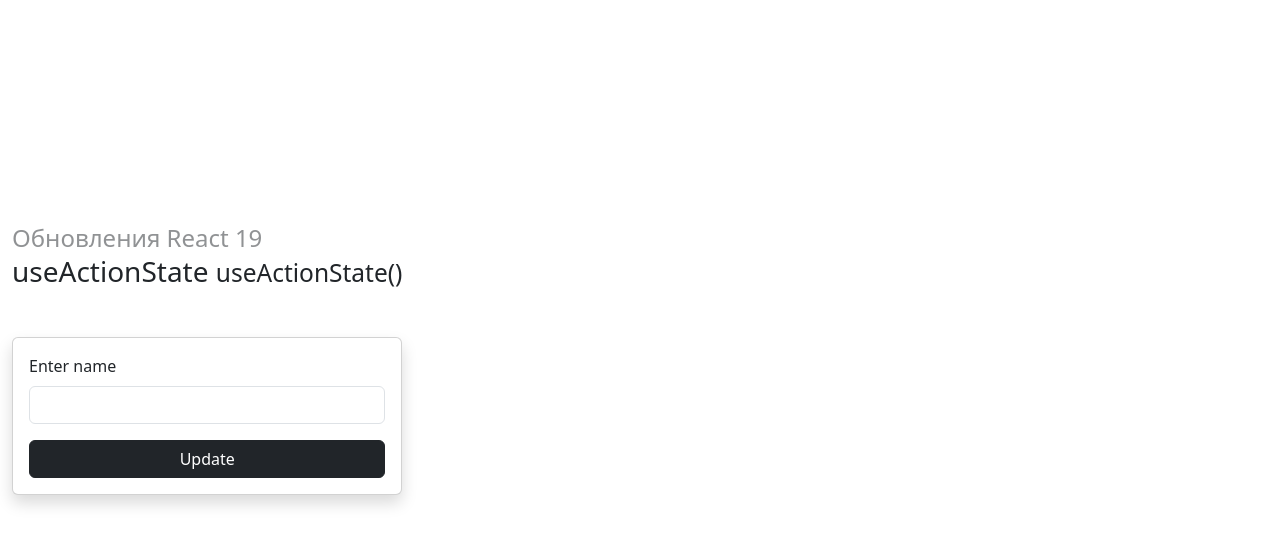
Repository: vitaliygalata1986/react
Page: / (app in project-40-react-19-vite/react-19/)
An editor plug-in stored every save of this project. The page is shown before and after the next save, followed by the edit.
The browser window is 1280 px wide. The pictures show the whole page.
The project was rebuilt for these pictures with package versions that can differ from the ones it lists, and the page was loaded fresh each time. Also part of the build but not shown: project-40-react-19-vite/react-19/vite.config.js.

Above is the page before, as saved 2025-02-05 22:09:37.

### project-40-react-19-vite/react-19/src/App.jsx
import Component from './examples/forms/useActionState()';

function App() {
  return (
    <div className='container'>
      <h1 className='fs-4 mb-1 text-body-tertiary'>Обновления React 19</h1>
      <Component />
    </div>
  );
}

export default App;

### project-40-react-19-vite/react-19/src/examples/forms/useActionState().jsx
import { useState } from 'react';

/*
  useActionState()
	Чтобы упростить общие случаи работы с action функциями, был добавлен новый хук под названием useActionState.
    Как использовать:
     1. Возвращает состояние формы, action функцию, состояние isPending
     2. Принимает функцию для обработки формы, [начальное состояние]
*/

async function updateName() {
  await new Promise((resolve) => {
    setTimeout(() => {
      resolve();
    }, 2000);
  });
  console.log('Name updated!');
}

function App() {
  const [error, setError] = useState(null);

  const [success, setSuccess] = useState(false);


  const handleSubmit = async (formData) => {
    const name = formData.get('name');

    const error = await updateName(name);

    if (error) {
      setError(error);
      return;
    }
    setSuccess(true);
  };

  function showSuccess() {
    return <div className='alert alert-success mb-3'>Form submited!</div>;
  }

  return (
    <>
      <h2 className='fs-3 mb-5'>
        useActionState <small className='fw-lighter'>useActionState()</small>
      </h2>
      <form action={handleSubmit} className='card shadow p-3'>
        {success && showSuccess()}
        <label className='form-label'>Enter name</label>
        <input className='form-control mb-3' name='name' />
        <button className='btn btn-dark'>Update</button>
        {error && <p>{error}</p>}
      </form>
    </>
  );
}

export default App;

Loaded but not shown: project-40-react-19-vite/react-19/index.html (common file); project-40-react-19-vite/react-19/src/main.jsx (common file); project-40-react-19-vite/react-19/src/index.css (common file)

After the next save:
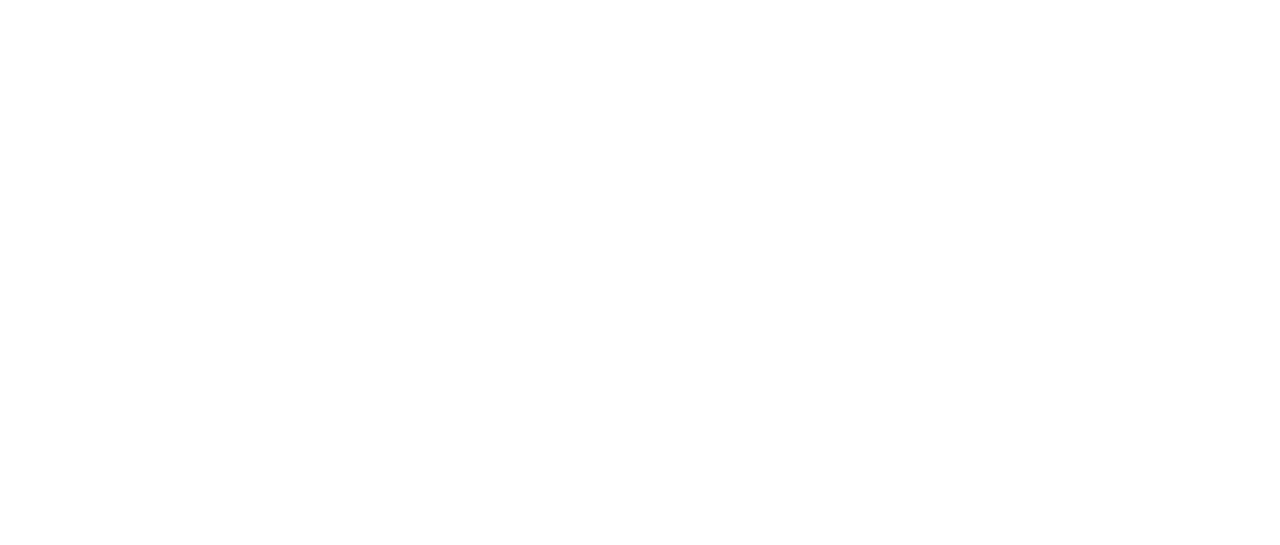
Console error: ReferenceError: useActionState is not defined
Saved 5 s later.
--- a/project-40-react-19-vite/react-19/src/examples/forms/useActionState().jsx
+++ b/project-40-react-19-vite/react-19/src/examples/forms/useActionState().jsx
@@ -21,6 +21,8 @@
   const [error, setError] = useState(null);
 
   const [success, setSuccess] = useState(false);
+
+  useActionState
 
 
   const handleSubmit = async (formData) => {

After the save that followed:
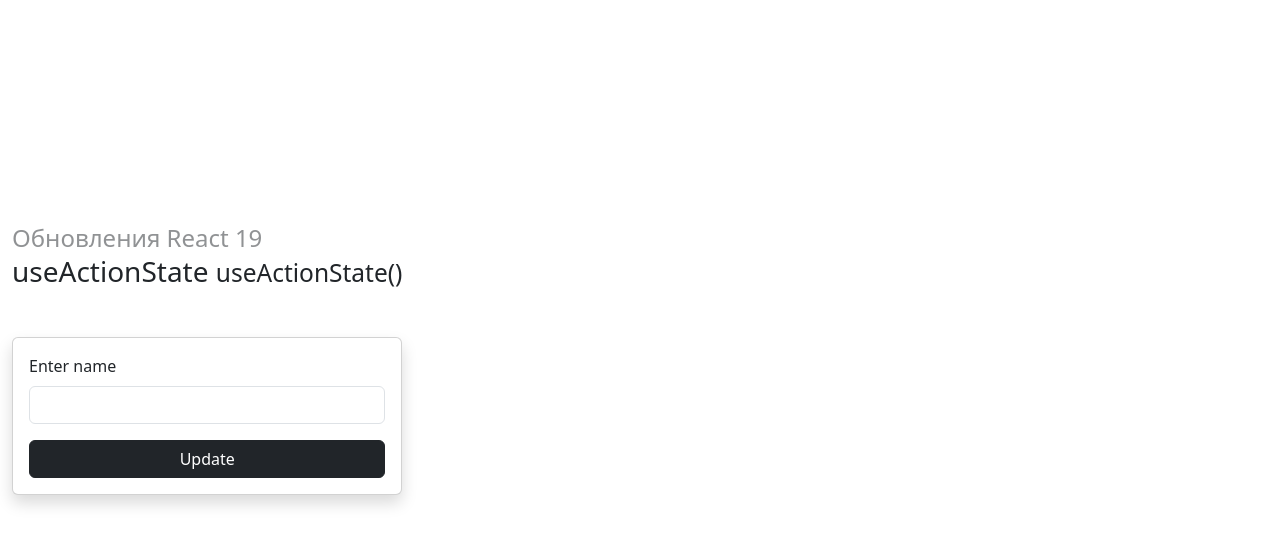
The error is gone.
Saved 16 s later.
--- a/project-40-react-19-vite/react-19/src/examples/forms/useActionState().jsx
+++ b/project-40-react-19-vite/react-19/src/examples/forms/useActionState().jsx
@@ -1,4 +1,4 @@
-import { useState } from 'react';
+import { useState, useActionState } from 'react';
 
 /*
   useActionState()
@@ -22,8 +22,7 @@
 
   const [success, setSuccess] = useState(false);
 
-  useActionState
-
+  useActionState;
 
   const handleSubmit = async (formData) => {
     const name = formData.get('name');
